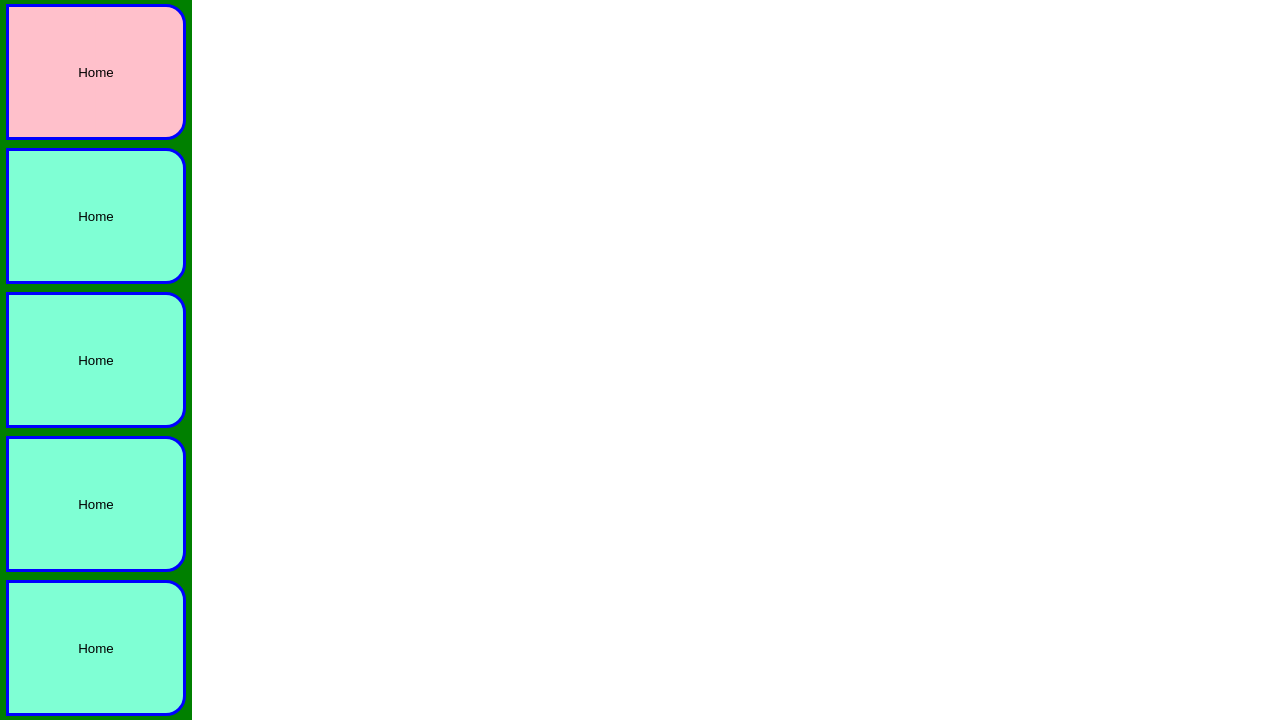
Repository: Tahaa2t/Researchers
Page: /
These files come from the project's save history. The page is drawn as it stood at one moment and after the next save; the edit follows.
The browser window is 1280 px wide. The pictures show the whole page.
The pointer rests on the first visible `.btn`.
The project was rebuilt for these pictures with package versions that can differ from the ones it lists, and the page was loaded fresh each time. Also part of the build but not shown: src/Components/loginform.js, src/Components/HomePage.js.

Above is the page before, as saved 2023-07-05 21:28:50.

### src/App.js
import { BrowserRouter, Routes, Route } from "react-router-dom";
import "./App.css"
import LoginForm from "./Components/loginform"
import HomePage from "./Components/HomePage";
import Navbar from "./Components/Navbar";

// color pallet
// #3aa6b9
// #D0E8E1
// #348472


function App() {



  return (
    <div className="App">

      {/* <LoginForm /> */}
      <Navbar />
      {/* <BrowserRouter>
        <Routes>
          <Route path="/" Component={<LoginForm />} />
          <Route path="/home" Component={<HomePage />} />
        </Routes>
      </BrowserRouter> */}
    </div>
  );
}

export default App;

### src/Components/Navbar.js
import React, { useState } from "react";
import { useNavigate } from 'react-router-dom';
import axios from 'axios';
import "./css/navbarstyle.css";

const Navbar = () => {
  return (
    <div className="navbar-boundry">
      <nav className="nav-setting">
        <button className="btn home-btn" href="/#">
          Home
        </button>
        <button className="btn home-btn" href="/#">
          Home
        </button>
        <button className="btn home-btn" href="/#">
          Home
        </button>
        <button className="btn home-btn" href="/#">
          Home
        </button>
        <button className="btn home-btn" href="/#">
          Home
        </button>


      </nav>





    </div>
  )
}

export default Navbar

### src/Components/css/loginstyle.css
@import url('https://fonts.googleapis.com/css?family=Josefin+Sans');


/* notes

---centering something---
display: flex;
  justify-content: center;
  align-items: center;



--- neechay ya uper se qareeb krna ho tou---
.check-btn {
  position: relative;
  bottom: 3em;
}
*/


* {
  margin: 0;
  box-sizing: border-box;
}

.page {
  background-color: #3aa6b9;
  height: 100vh;
  width: 100%;
  display: flex;
  justify-content: space-around;
  align-items: center;
  font-family: 'Josefin Sans', cursive;
}

.cover {
  background-image: linear-gradient(#D0E8E1, rgba(178, 209, 233, 0));
  width: 50%;
  min-width: 240px;
  max-width: 800px;
  height: 620px;
  position: fixed;
  border-radius: 0.5em;
  display: flex;
  flex: 1 1 200;
  flex-direction: column;
  align-items: center;
  justify-content: space-evenly;
  flex-wrap: wrap;
}

h1 {
  color: rgb(3, 45, 77);
  display: flex;
  flex-wrap: wrap;
}

.user-input {

  display: flex;
  /* flex-direction: column; */
  justify-content: space-evenly;
  width: 80%;
  height: 10%;
  flex-wrap: wrap;
  /* background-color: green; */
}
input[type=text]{
  background-color: rgba(0,0,0,0);
  border-color: #348472;
  border-radius: 8px 8px 8px 8px;
  border-width: 10%;
  border-style: solid;
  display: flex;
  justify-content: space-evenly;
  margin: 8px;
  /* outline-color: rgb(6, 106, 183); */
  height: 44px;
  width: 240px;
  /* bottom: -1.5em; */
}


input[type=password]{
  background-color: rgba(0,0,0,0);
  border-color: #348472;
  border-radius: 8px 8px 8px 8px;
  border-width: 10%;
  border-style: solid;
  display: flex;
  justify-content: space-evenly;
  margin: 8px;
  /* outline-color: rgb(6, 106, 183); */
  height: 44px;
  width: 240px;
  /* position: relative;
  top: -1.5em; */
}

input:focus {
  background-color: #348472;
  opacity: 50%;
}

.line{
  text-decoration: underline;
  color: black;
}

.login-btn {
  appearance: none;
  background-color: rgba(0,0,0,0);
  border-width: 0;
  box-sizing: border-box;
  color: black;
  cursor: pointer;
  display: inline-block;
  font-family: Clarkson,Helvetica,sans-serif;
  font-size: 14px;
  font-weight: 500;
  letter-spacing: 0;
  line-height: 1em;
  margin: 0;
  opacity: 1;
  outline: 0;
  padding: 1.5em 2.2em;
  position: relative;
  text-align: center;
  text-decoration: none;
  text-rendering: geometricprecision;
  text-transform: uppercase;
  transition: opacity 300ms cubic-bezier(.694, 0, 0.335, 1),background-color 100ms cubic-bezier(.694, 0, 0.335, 1),color 100ms cubic-bezier(.694, 0, 0.335, 1);
  user-select: none;
  -webkit-user-select: none;
  touch-action: manipulation;
  vertical-align: baseline;
  white-space: nowrap;
  display: flex;
  justify-content: center;
  align-items: center;
}

.login-btn:before {
  animation: opacityFallbackOut .5s step-end forwards;
  backface-visibility: hidden;
  background-color: #348472;
  opacity: 50%;
  clip-path: polygon(-1% 0, 0 0, -25% 100%, -1% 100%);
  content: "";
  height: 100%;
  left: 0;
  position: absolute;
  top: 0;
  transform: translateZ(0);
  transition: clip-path .5s cubic-bezier(.165, 0.84, 0.44, 1), -webkit-clip-path .5s cubic-bezier(.165, 0.84, 0.44, 1);
  width: 100%;
}

.login-btn:hover:before {
  animation: opacityFallbackIn 0s step-start forwards;
  clip-path: polygon(0 0, 101% 0, 101% 101%, 0 101%);
}

.login-btn:after {
  background-color: #FFFFFF;
}

.login-btn span {
  z-index: 1;
  position: relative;
}


.check-btn input {
  display:inline-block;
  margin-right:10px;
}
.check-btn p {
  display:inline-block;
}



/* use state */
.hide {
  display: none;
}

.login-popup {
  position: absolute;
  width: 40em;
  height: 35em;
  display: flex;
  flex-direction: column;
  align-items: center;
  justify-content: center;
  border-radius: 0.25em;
  outline-color: rgb(3, 58, 101);
  background-color: rgba(0,0,0,0);
  backdrop-filter: blur(5px);
  /* color: rgb(3, 58, 101); */
  bottom: 0;
  transform: scale(1);
  transform: 1.5s;
}

### src/Components/css/navbarstyle.css
* {
  margin: 0;
  box-sizing: border-box;
}

nav {
  width: 15%;
  height: 100%;
  background-color: green;
  display: flex;
  justify-content: center;
  align-items: center;
  flex-direction: column;
  position: fixed;
}
.btn {
  background-color: aquamarine;
  width: 94%;
  text-align: center;
  border-radius: 0px 20px 20px 0px;
  border: 3px solid blue;
  margin: 4px;
  display: flex;
  flex: 1;
  justify-content: center;
  align-items: center;
  transition: 0.5s;
}

.btn:hover {
  box-shadow: inset 6.5em 0 0 0 pink;
  background-color: pink;
  /* transition: 0.5s; */
}

Loaded but not shown: public/index.html (common file); src/index.js (common file); src/reportWebVitals.js (common file); src/App.css (common file); public/manifest.json (common file)

After the next save:
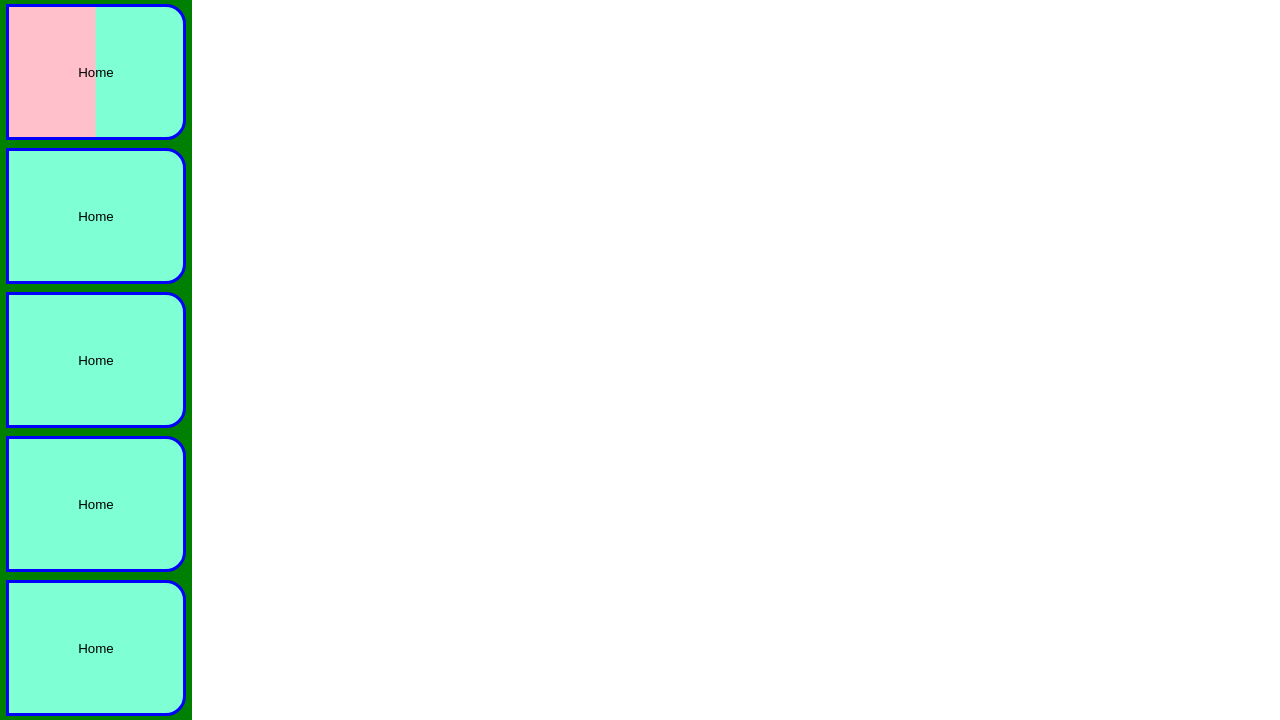
Saved 5 s later.
--- a/src/Components/css/navbarstyle.css
+++ b/src/Components/css/navbarstyle.css
@@ -29,6 +29,6 @@ nav {
 
 .btn:hover {
   box-shadow: inset 6.5em 0 0 0 pink;
-  background-color: pink;
+  /* background-color: pink; */
   /* transition: 0.5s; */
 }
